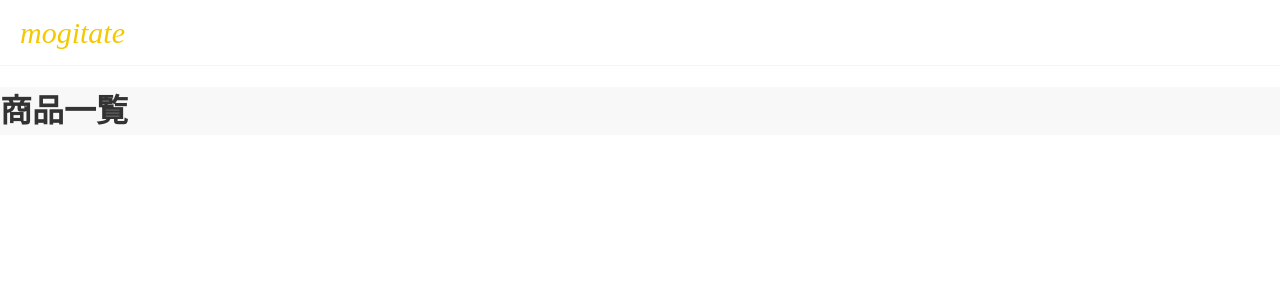
Repository: SuzukiFuminori/test-fruit
Page: http://localhost/products/register
These files come from the project's save history. The page is drawn as it stood at one moment and after the next save; the edit follows.
The browser window is 1280 px wide. The pictures show the whole page.
The page is served by the project's Laravel application, run on PHP 8.4 with Laravel 8.

Above is the page before, as saved 2024-12-29 22:08:21.

After the next save:
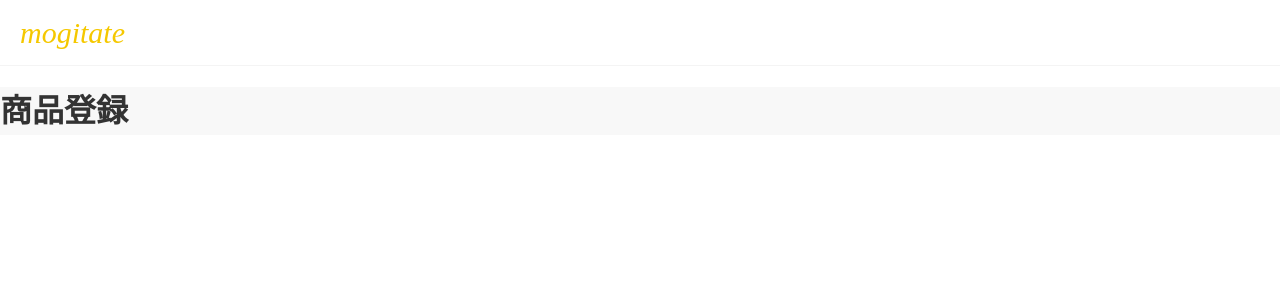
Saved 4 s later.
--- a/src/resources/views/add.blade.php
+++ b/src/resources/views/add.blade.php
@@ -1,6 +1,6 @@
 @extends('layouts.default')
 
-@section('title', '商品一覧')
+@section('title', '商品登録')
 
 @section('css')
 <link rel="stylesheet" href="{{ asset('css/index.css') }}">
